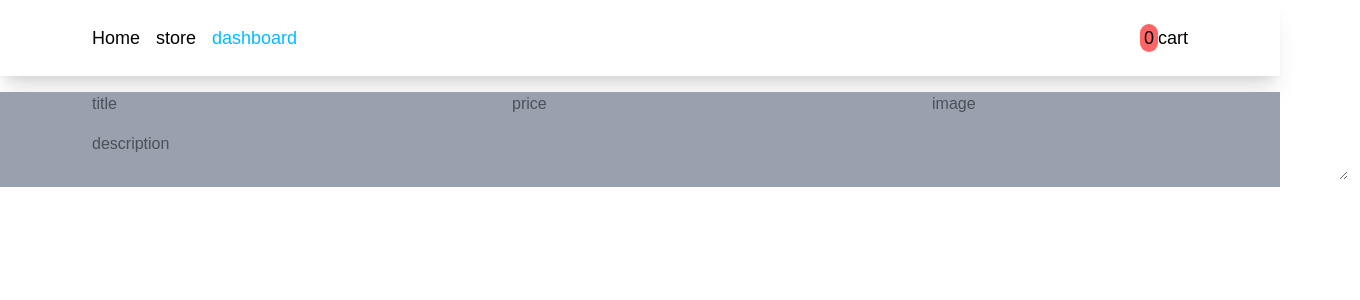
Repository: Rohullah-Noori/Nextjs-online-shop
Page: /dashboard
The author's editor kept a copy of each file at every save. The page is drawn from the files as they stood at one save, then again after the next save.
The browser window is 1280 px wide. The page is 1360 px wide, so the pictures cover 1360 px, including what lies to the right of the window. The pictures show the whole page.
The project was rebuilt for these pictures with package versions that can differ from the ones it lists, and the page was loaded fresh each time. The framework's server and built-in components were replaced by stand-ins that run in the browser. Also part of the build but not shown: next.config.ts.

Above is the page before, as saved 2025-05-28 10:44:26.

### src/app/dashboard/page.tsx
import React from "react";
import Container from "../components/Container";

export default function Dashboard() {
  return (
    <div className="bg-gray-400 text-center">
      <Container>
        <div className="mx-3">
          <div className="grid grid-cols-3 gap-x-1 mt-2 mb-4  ">
            <input type="text" placeholder="title" />
            <input type="text" placeholder="price" />
            <input type="text" placeholder="image" />
          </div>
          <textarea placeholder="description" className="w-full"></textarea>
        </div>
      </Container>
    </div>
  );
}

### src/app/components/Layout.tsx
import React from "react";
import Navbar from "./Navbar";

interface IlayoutProps {
  children: React.ReactNode;
}

export default function Layout({ children }: IlayoutProps) {
  return (
    <div>
      <Navbar />
      {children}
    </div>
  );
}

### src/app/context/page.tsx
"use client";
import React, { createContext, useContext, useEffect, useState } from "react";
import { json } from "stream/consumers";

type IshopContextProps = {
  children: React.ReactNode;
};

type cartItems = {
  id: number;
  qty: number;
};

type TshopingContext = {
  cart: cartItems[];
  HandleincreasetoCard: (id: number) => void;
  getProductqty: (id: number) => number;
  totalitemsqty: number;
  handledecreasetoCard: (id: number) => void;
  RemovehandleSubmit: (id: number) => void;
};

const shopingContext = createContext({} as TshopingContext);

export const useShopingContextCustim = () => {
  return useContext(shopingContext);
};

export default function ConextShop({ children }: IshopContextProps) {
  const [cart, setCart] = useState<cartItems[]>([]);

  const getProductqty = (id: number) => {
    return cart.find((item) => item.id == id)?.qty ?? 0;
  };

  const totalitemsqty = cart.reduce((totalgqty, item) => {
    return totalgqty + item.qty;
  }, 0);

  const HandleincreasetoCard = (id: number) => {
    setCart((prev) => {
      const isnotExist = prev.find((item) => item.id === id) == null;
      if (isnotExist) {
        return [...prev, { id: id, qty: 1 }];
      } else {
        return prev.map((item) => {
          if (item.id == id) {
            return { ...item, qty: item.qty + 1 };
          } else {
            return item;
          }
        });
      }
    });
  };

  const handledecreasetoCard = (id: number) => {
    setCart((prev) => {
      const islastOne = prev.find((item) => item.id == id)?.qty == 1;
      if (islastOne) {
        return prev.filter((item) => item.id != id);
      } else {
        return prev.map((item) => {
          if (item.id == id) {
            return {
              ...item,
              qty: item.qty - 1,
            };
          } else {
            return item;
          }
        });
      }
    });
  };

  const RemovehandleSubmit = (id: number) => {
    setCart((prev) => {
      return prev.filter((item) => item.id != id);
    });
  };

  useEffect(() => {
    const StoredCards = localStorage.getItem("cart");
    if (StoredCards) {
      try {
        setCart(JSON.parse(StoredCards));
      } catch (error) {
        console.error("Failed to parse stored cart data:", error);
        setCart([]);
      }
    }
  }, []);

  useEffect(() => {
    localStorage.setItem("cart", JSON.stringify(cart));
  }, [cart]);

  return (
    <shopingContext.Provider
      value={{
        cart,
        HandleincreasetoCard,
        getProductqty,
        totalitemsqty,
        handledecreasetoCard,
        RemovehandleSubmit,
      }}
    >
      {children}
    </shopingContext.Provider>
  );
}

### src/app/components/Container.tsx
import React from "react";
interface IContainerProps {
  children: React.ReactNode;
}

export default function Container({ children }: IContainerProps) {
  return <div className="container mx-20">{children}</div>;
}

### src/app/components/Navbar.tsx
"use client";
import Link from "next/link";
import { usePathname } from "next/navigation";

import React from "react";
import Container from "./Container";
import { useShopingContextCustim } from "../context/page";

export default function Navbar() {
  const { totalitemsqty } = useShopingContextCustim();
  const pathname = usePathname();
  const navlinks = [
    {
      title: "Home",
      href: "/",
    },
    {
      title: "store",
      href: "/store",
    },
    {
      title: "dashboard",
      href: "/dashboard",
    },
  ];

  return (
    <nav className="  flex p-3 mb-4 text-lg  shadow-xl  ">
      <Container>
        <div className="flex justify-between my-3 ">
          <div>
            {navlinks.map((item) => (
              <Link
                key={item.href}
                className={`mr-4 ${
                  pathname === item.href ? "text-sky-400" : ""
                }`}
                href={item.href}
              >
                {item.title}
              </Link>
            ))}
          </div>
          <div>
            <span className="bg-red-400 rounded-4xl p-1">{totalitemsqty}</span>
            <Link href="/cart">cart</Link>
          </div>
        </div>
      </Container>
    </nav>
  );
}

Loaded but not shown: src/app/layout.tsx (common file); src/app/globals.css (common file)

After the next save:
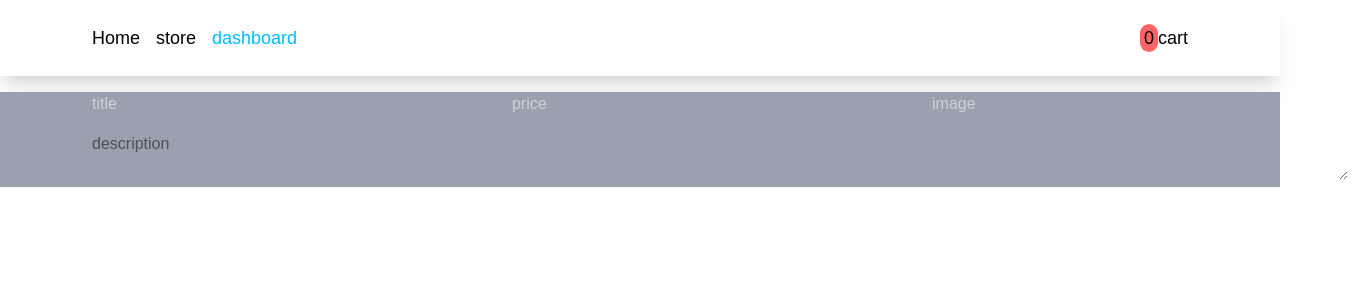
Saved 25 s later.
--- a/src/app/dashboard/page.tsx
+++ b/src/app/dashboard/page.tsx
@@ -6,7 +6,7 @@ export default function Dashboard() {
     <div className="bg-gray-400 text-center">
       <Container>
         <div className="mx-3">
-          <div className="grid grid-cols-3 gap-x-1 mt-2 mb-4  ">
+          <div className="grid grid-cols-3 gap-x-1 mt-2 mb-4  text-white ">
             <input type="text" placeholder="title" />
             <input type="text" placeholder="price" />
             <input type="text" placeholder="image" />
